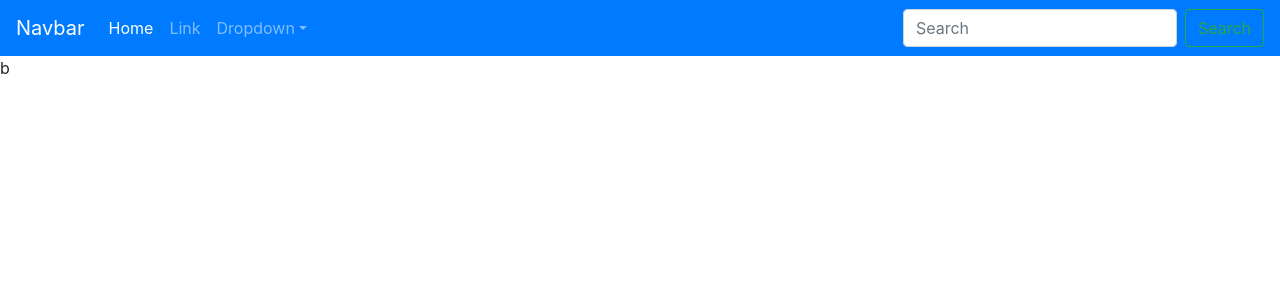
Repository: hoang71299/fe_26
Page: noti/index.html
The author's editor kept a copy of each file at every save. The page is drawn from the files as they stood at one save, then again after a run of saves.
The browser window is 1280 px wide. The pictures show the whole page.

Above is the page before, as saved 2023-04-06 21:36:05.

### noti/index.html
<!doctype html>
<html lang="en">
  <head>
    <title>Title</title>
    <!-- Required meta tags -->
    <meta charset="utf-8">
    <meta name="viewport" content="width=device-width, initial-scale=1, shrink-to-fit=no">

    <!-- Bootstrap CSS -->
    <link rel="stylesheet" href="https://stackpath.bootstrapcdn.com/bootstrap/4.3.1/css/bootstrap.min.css" integrity="sha384-ggOyR0iXCbMQv3Xipma34MD+dH/1fQ784/j6cY/iJTQUOhcWr7x9JvoRxT2MZw1T" crossorigin="anonymous">
  </head>
  <body>
      <nav class="navbar navbar-expand-sm navbar-dark bg-primary">
          <a class="navbar-brand" href="#">Navbar</a>
          <button class="navbar-toggler d-lg-none" type="button" data-toggle="collapse" data-target="#collapsibleNavId" aria-controls="collapsibleNavId"
              aria-expanded="false" aria-label="Toggle navigation"></button>
          <div class="collapse navbar-collapse" id="collapsibleNavId">
              <ul class="navbar-nav mr-auto mt-2 mt-lg-0">
                  <li class="nav-item active">
                      <a class="nav-link" href="#">Home <span class="sr-only">(current)</span></a>
                  </li>
                  <li class="nav-item">
                      <a class="nav-link" href="#">Link</a>
                  </li>
                  <li class="nav-item dropdown">
                      <a class="nav-link dropdown-toggle" href="#" id="dropdownId" data-toggle="dropdown" aria-haspopup="true" aria-expanded="false">Dropdown</a>
                      <div class="dropdown-menu" aria-labelledby="dropdownId">
                          <a class="dropdown-item" href="#">Action 1</a>
                          <a class="dropdown-item" href="#">Action 2</a>
                      </div>
                  </li>
              </ul>
              <form class="form-inline my-2 my-lg-0">
                  <input class="form-control mr-sm-2" type="text" placeholder="Search">
                  <button class="btn btn-outline-success my-2 my-sm-0" type="submit">Search</button>
              </form>
          </div>
      </nav>
      b
    <!-- Optional JavaScript -->
    <!-- jQuery first, then Popper.js, then Bootstrap JS -->
    <script src="https://code.jquery.com/jquery-3.3.1.slim.min.js" integrity="sha384-q8i/X+965DzO0rT7abK41JStQIAqVgRVzpbzo5smXKp4YfRvH+8abtTE1Pi6jizo" crossorigin="anonymous"></script>
    <script src="https://cdnjs.cloudflare.com/ajax/libs/popper.js/1.14.7/umd/popper.min.js" integrity="sha384-UO2eT0CpHqdSJQ6hJty5KVphtPhzWj9WO1clHTMGa3JDZwrnQq4sF86dIHNDz0W1" crossorigin="anonymous"></script>
    <script src="https://stackpath.bootstrapcdn.com/bootstrap/4.3.1/js/bootstrap.min.js" integrity="sha384-JjSmVgyd0p3pXB1rRibZUAYoIIy6OrQ6VrjIEaFf/nJGzIxFDsf4x0xIM+B07jRM" crossorigin="anonymous"></script>
  </body>
</html>

After the next 3 saves:
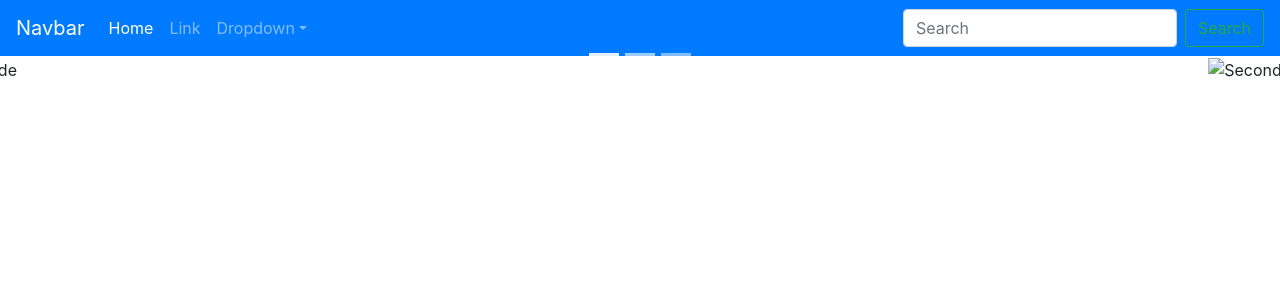
The 3 saves are shown as one change because they came seconds apart.
The last was saved 7 s later.
--- a/noti/index.html
+++ b/noti/index.html
@@ -36,7 +36,32 @@
               </form>
           </div>
       </nav>
-      b
+      <div id="carouselId" class="carousel slide" data-ride="carousel">
+        <ol class="carousel-indicators">
+          <li data-target="#carouselId" data-slide-to="0" class="active"></li>
+          <li data-target="#carouselId" data-slide-to="1"></li>
+          <li data-target="#carouselId" data-slide-to="2"></li>
+        </ol>
+        <div class="carousel-inner" role="listbox">
+          <div class="carousel-item active">
+            <img data-src="holder.js/900x500/auto/#777:#555/text:First slide" alt="First slide">
+          </div>
+          <div class="carousel-item">
+            <img data-src="holder.js/900x500/auto/#666:#444/text:Second slide" alt="Second slide">
+          </div>
+          <div class="carousel-item">
+            <img data-src="holder.js/900x500/auto/#666:#444/text:Third slide" alt="Third slide">
+          </div>
+        </div>
+        <a class="carousel-control-prev" href="#carouselId" role="button" data-slide="prev">
+          <span class="carousel-control-prev-icon" aria-hidden="true"></span>
+          <span class="sr-only">Previous</span>
+        </a>
+        <a class="carousel-control-next" href="#carouselId" role="button" data-slide="next">
+          <span class="carousel-control-next-icon" aria-hidden="true"></span>
+          <span class="sr-only">Next</span>
+        </a>
+      </div>
     <!-- Optional JavaScript -->
     <!-- jQuery first, then Popper.js, then Bootstrap JS -->
     <script src="https://code.jquery.com/jquery-3.3.1.slim.min.js" integrity="sha384-q8i/X+965DzO0rT7abK41JStQIAqVgRVzpbzo5smXKp4YfRvH+8abtTE1Pi6jizo" crossorigin="anonymous"></script>
